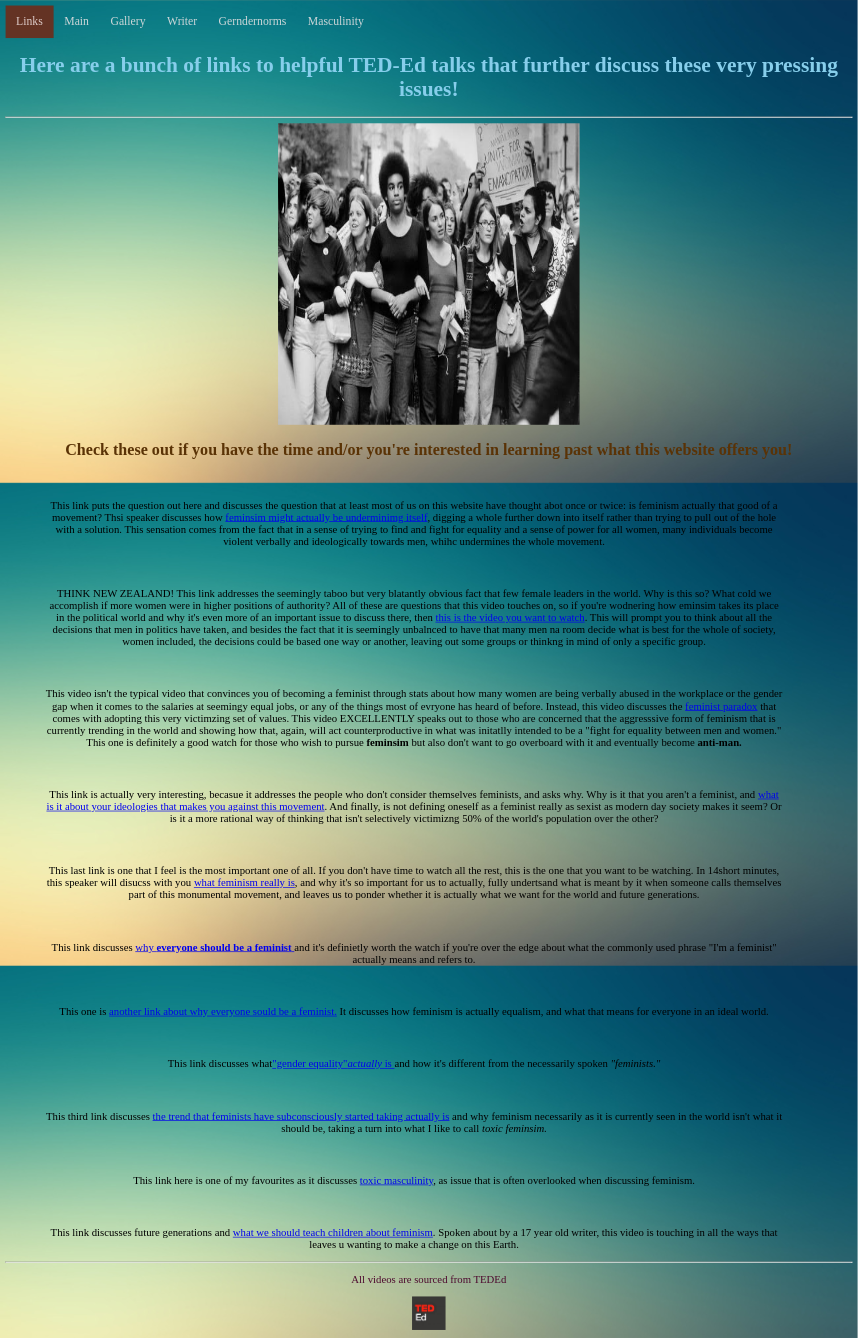
Repository: Lujaina-E/womens-rights-site
Page: links.html
An editor plug-in stored every save of this project. The page is shown before and after the next save, followed by the edit.
The browser window is 1280 px wide. The pictures show the whole page, at 67% of full size.
Backgrounds fixed to the window are drawn as part of the page.

Above is the page before, as saved 2022-07-25 23:09:04.

After the next save:
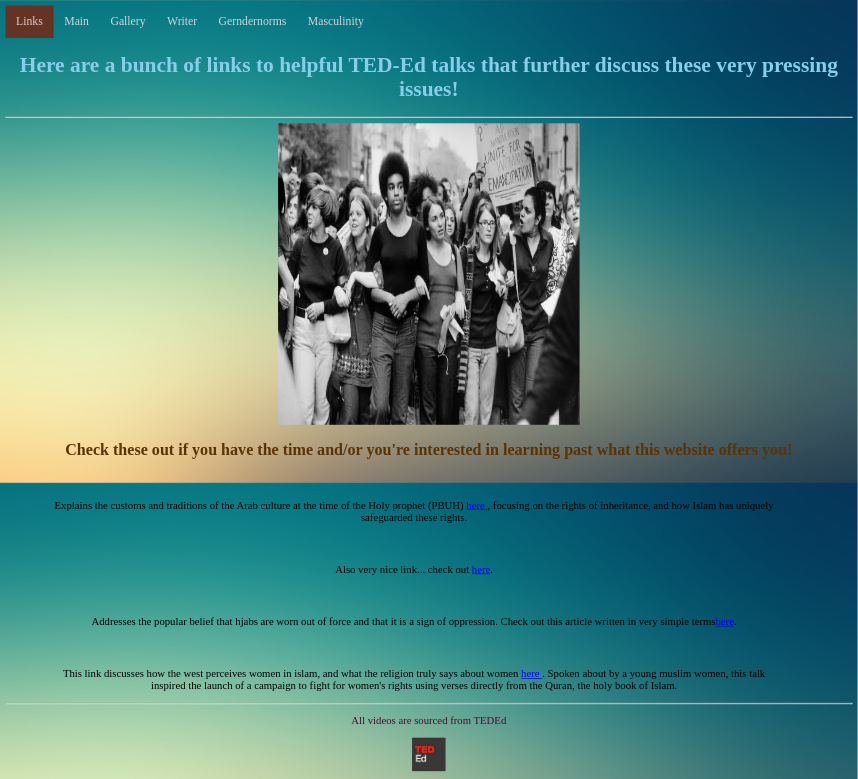
Saved 15 min 21 s later.
--- a/links.html
+++ b/links.html
@@ -42,69 +42,19 @@
         <section>
             <h2 class="header">Check these out if you have the time and/or you're interested in learning past what this website offers you!</h2>
             <p class="link-info">
-                This link puts the question out here and discusses the question that at least most of us on this website have thought abot once or twice: is
-                feminism actually that good of a movement? Thsi speaker discusses how <a href="https://www.youtube.com/watch?v=lgIgytWyo_A"> feminsim might
-                actually be underminimg itself</a>, digging a whole further down into itself rather than trying to pull out of the hole with a solution.
-                This sensation comes from the fact that in a sense of trying to find and fight for equality and a sense of power for all women, many
-                individuals become violent verbally and ideologically towards men, whihc undermines the whole movement.
+                Explains the customs and traditions of the Arab culture at the time of the Holy prophet (PBUH) <a href="https://www.reviewofreligions.org/1555/islam-and-womens-rights/">here
+                </a>, focusing on the rights of inheritance, and how Islam has uniquely safeguarded these rights.
             </p>
             <p class="link-info">
-                THINK NEW ZEALAND! This link addresses the seemingly taboo but very blatantly obvious fact that few female leaders in the world. Why is
-                this so? What cold we accomplish if more women were in higher positions of authority? All of these are questions that this video touches
-                on, so if you're wodnering how eminsim takes its place in the political world and why it's even more of an important issue to discuss there,
-                then <a href="https://www.youtube.com/watch?v=18uDutylDa4"> this is the video you want to watch</a>. This will prompt you to think about all
-                the decisions that men in politics have taken, and besides the fact that it is seemingly unbalnced to have that many men na room decide
-                what is best for the whole of society, women included, the decisions could be based one way or another, leaving out some groups or thinkng
-                in mind of only a specific group.
+                Also very nice link... check out <a href="https://centerforinquiry.org/blog/islam-and-womens-rights/">here</a>.
             </p>
             <p class="link-info">
-                This video isn't the typical video that convinces you of becoming a feminist through stats about how many women are being verbally abused
-                in the workplace or the gender gap when it comes to the salaries at seemingy equal jobs, or any of the things most of evryone has heard of
-                before. Instead, this video discusses the <a href="https://www.youtube.com/watch?v=18uDutylDa4">feminist paradox</a> that comes with adopting
-                this very victimzing set of values. This video EXCELLENTLY speaks out to those who are concerned that the aggresssive form of feminism that
-                is currently trending in the world and showing how that, again, will act counterproductive in what was initatlly intended to be a "fight for
-                equality between men and women." This one is definitely a good watch for those who wish to pursue <b>feminsim</b> but also don't want to go
-                overboard with it and eventually become <b>anti-man.</b>
+                Addresses the popular belief that hjabs are worn out of force and that it is a sign of oppression. Check out this article written in very simple terms<a href="https://hidjabaya.com/blogs/news/10-reasons-why-muslim-women-wear-hijab">here</a>.
             </p>
             <p class="link-info">
-                This link is actually very interesting, becasue it addresses the people who don't consider themselves feminists, and asks why. Why is
-                it that you aren't a feminist, and <a href="https://www.youtube.com/watch?v=JLkwuMu9OaA">what is it about your ideologies that makes you
-                against this movement</a>. And finally, is not defining oneself as a feminist really as sexist as modern day society makes it seem? Or
-                is it a more rational way of thinking that isn't selectively victimizng 50% of the world's population over the other?
-            </p>
-            <p class="link-info">
-                This last link is one that I feel is the most important one of all. If you don't have time to watch
-                all the rest, this is the one that you want to be watching. In 14short minutes, this speaker will disucss with you
-                <a href="https://www.youtube.com/watch?v=x5mionzBMlA&t=156s"> what feminism really is</a>, and why it's so important for
-                us to actually, fully undertsand what is meant by it when someone calls themselves part of this monumental movement, and leaves
-                us to ponder whether it is actually what we want for the world and future generations.
-            </p>
-            <p class="link-info">
-                This link discusses <a href="https://www.youtube.com/watch?v=hg3umXU_qWc"> why <b>everyone should be a feminist</b>
-                </a> and it's definietly worth the watch if you're over the edge about what the commonly used phrase "I'm a
-                feminist" actually means and refers to.
-            </p>
-            <p class="link-info">
-                    This one is <a href="https://www.youtube.com/watch?v=S6ufvYWTqQ0"> another link about why everyone sould be a feminist.</a>
-                    It discusses how feminism is actually equalism, and what that means for everyone in an ideal world.
-            </p>
-            <p class="link-info">
-                This link discusses what<a href="https://www.youtube.com/watch?v=hGei_hbF5Sw">"gender equality"<i>actually</i> is
-                </a> and how it's different from the necessarily spoken <i>"feminists."</i>
-            </p>
-            <p class="link-info">
-                This third link discusses <a href="https://www.youtube.com/watch?v=3WMuzhQXJoY&t=732s"> the trend that feminists have
-                subconsciously started taking actually is</a> and why feminism necessarily as it is currently seen in the
-                world isn't what it should be, taking a turn into what I like to call <i>toxic feminsim.</i>
-            </p>
-            <p class="link-info">
-                This link here is one of my favourites as it discusses <a href="https://www.youtube.com/watch?v=Cetg4gu0oQQ"> toxic masculinity</a>,
-                as issue that is often overlooked when discussing feminism.
-            </p>
-            <p class="link-info">
-                This link discusses future generations and <a href="https://www.youtube.com/watch?v=fmG4fkmGPd8">what we should teach children about
-                feminism</a>. Spoken about by a 17 year old writer, this video is touching in all the ways that leaves u wanting to make a change on
-                this Earth.
+                This link discusses how the west perceives women in islam, and what the religion truly says about women <a href="https://www.youtube.com/watch?v=FETryXMpDl8">here
+                </a>. Spoken about by a young muslim women, this talk inspired the launch of a campaign to fight for women's rights
+                using verses directly from the Quran, the holy book of Islam.
             </p>
             <hr>
         </section>
